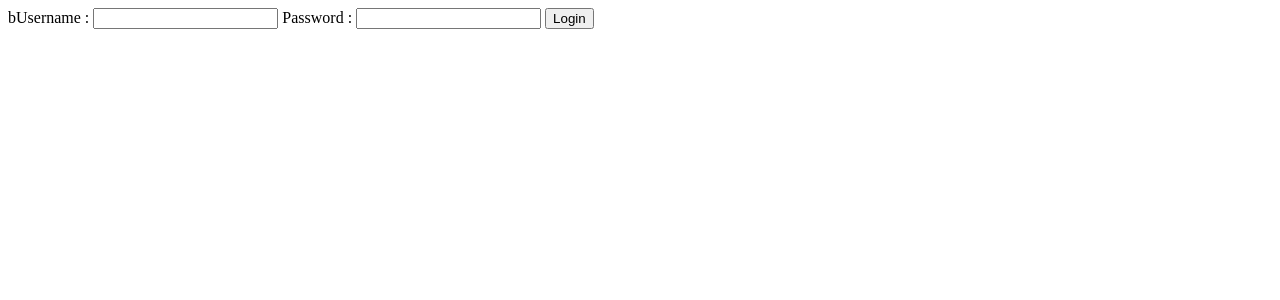
Repository: SriMerla/ServletsAndJsps
Page: http://localhost/ServletsAndJspDemo/register.jsp
An editor plug-in stored every save of this project. The page is shown before and after the next save, followed by the edit.
The browser window is 1280 px wide. The pictures show the whole page.
The page is served by Tomcat 9. Other server files are loaded and not shown.

Above is the page before, as saved 2020-01-27 18:19:36.

### Servlets/ServletsAndJspDemo/WebContent/register.jsp
<%@ page language="java" contentType="text/html; charset=ISO-8859-1"
    pageEncoding="ISO-8859-1"%>
<!DOCTYPE html PUBLIC "-//W3C//DTD HTML 4.01 Transitional//EN" "http://www.w3.org/TR/html4/loose.dtd">
<html>
<head>
<meta http-equiv="Content-Type" content="text/html; charset=ISO-8859-1">
<title>Insert title here</title>
</head>
<body>
   <form action="login" method="post">

    bUsername : <input type="text" name="username">
    Password :  <input type="password" name="password">
    <input type="submit" value="Login">
   </form>


</body>
</html>

After the next save:
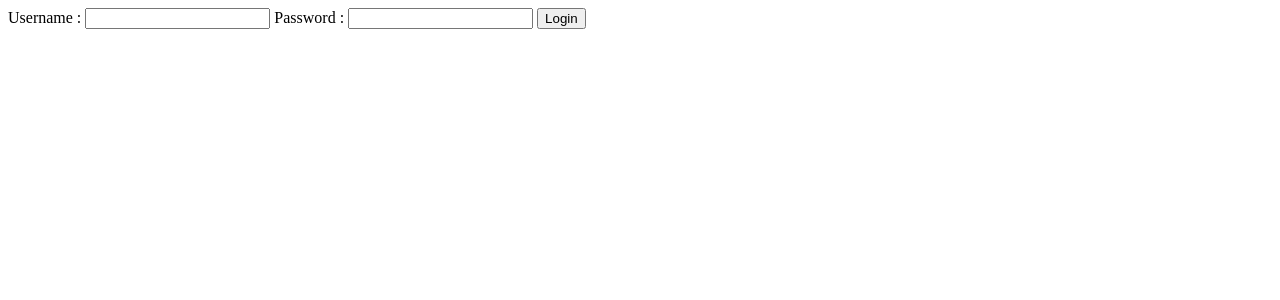
Saved 28 s later.
--- a/Servlets/ServletsAndJspDemo/WebContent/register.jsp
+++ b/Servlets/ServletsAndJspDemo/WebContent/register.jsp
@@ -9,7 +9,7 @@
 <body>
    <form action="login" method="post">
 
-    bUsername : <input type="text" name="username">
+    Username : <input type="text" name="username">
     Password :  <input type="password" name="password">
     <input type="submit" value="Login">
    </form>
